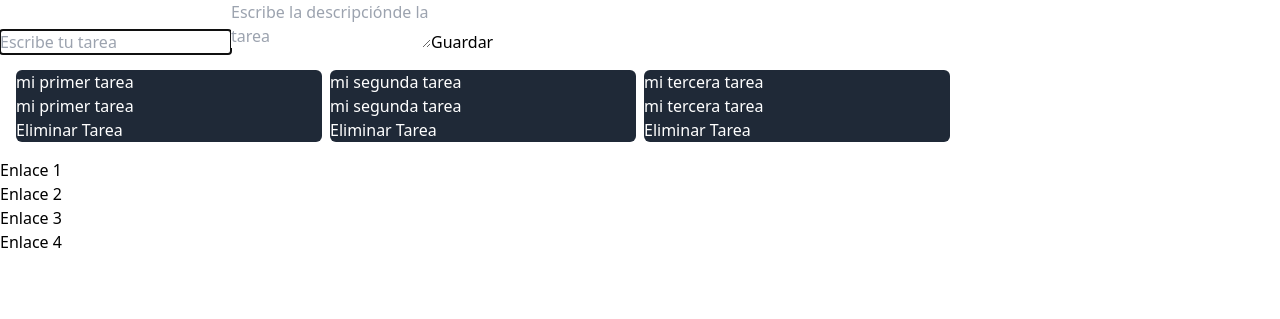
Repository: Ciromontes/AgendaTuTarea
Page: /
The author's editor kept a copy of each file at every save. The page is drawn from the files as they stood at one save, then again after the next save.
The browser window is 1280 px wide. The pictures show the whole page.
The project was rebuilt for these pictures with package versions that can differ from the ones it lists, and the page was loaded fresh each time. Also part of the build but not shown: vite.config.js.

Above is the page before, as saved 2023-09-19 06:53:19.

### index.html
<!doctype html>
<html lang="en">
  <head>
    <meta charset="UTF-8" />
    <link rel="icon" type="image/svg+xml" href="/vite.svg" />
    <meta name="viewport" content="width=device-width, initial-scale=1.0" />
    <title>Vite + React</title>
  </head>
  <body>
    <div id="root"></div>

    <ul>
      <li><a href="">Enlace 1</a></li>
      <li><a href="">Enlace 2</a></li>
      <li><a href="">Enlace 3</a></li>
      <li><a href="">Enlace 4</a></li>
    </ul>
    <script type="module" src="/src/main.jsx"></script>
  </body>
</html>

### src/main.jsx
import React from 'react';
import ReactDOM from 'react-dom/client';
import App from './App';
import './index.css'
import { TaskContextProvider } from './context/TaskContext';

ReactDOM.createRoot(document.getElementById('root')).render(
  <React.StrictMode>
    <TaskContextProvider>
    <App />
    </TaskContextProvider>
  </React.StrictMode>
);

### src/App.jsx

import TaskList from './components/TaskList'
import TaskForm from './components/TaskForm'
function App() {
  return (
    <>
      <TaskForm/>
      <TaskList />
    </>
  )
}

export default App;

### src/context/TaskContext.jsx
import { createContext, useState, useEffect } from 'react'
import { tasks as data } from '../data/tasks'

export const TaskContext = createContext()
export function TaskContextProvider(props) {
    const [tasks, setTasks] = useState([]);

    function createTask(task) {
        setTasks([...tasks, {
            title: task.title,
            id: tasks.length,
            description: task.description
        }])
    }
    function deleteTask(taskId) {
        setTasks(tasks.filter(task => task.id !== taskId));
    }
    useEffect(() => {
        setTasks(data)
    }, []);

    return (
        <TaskContext.Provider value={{
            tasks,
            deleteTask,
            createTask
        }}>
            {props.children}
        </TaskContext.Provider>

    );
}

### src/components/TaskList.jsx
import TaskCard from "./TaskCard";
import { useContext } from "react";
import { TaskContext } from '../context/TaskContext';
function TaskList() {
  const { tasks } = useContext(TaskContext);


  if (tasks.length === 0) {
    return <h1>Noy hay tareas aún</h1>
  }


  return (
    <div className="grid grid-cols-4 gap-2 p-4 rounded-md">
      {tasks.map((task) => (
        <TaskCard key={task.id} task={task} />
      ))}

    </div>
  );
}

export default TaskList

### src/components/TaskForm.jsx
import { useState, useContext } from "react";
import {TaskContext} from '../context/TaskContext'

function TaskForm() {

    const [title, setTitle] = useState("");
    const [description, setDescription] = useState("");
    const {createTask} = useContext(TaskContext)

    const handleSubmit = (e) => {
        e.preventDefault();
        createTask({
            title,
            description
        });
        setTitle('')
        setDescription('')

    }

    return (
        <form onSubmit={handleSubmit}>
            <input
                placeholder="Escribe tu tarea"
                onChange={(e) => setTitle(e.target.value)}
                value = {title}
                autoFocus
            />
            <textarea placeholder="Escribe la descripciónde la tarea"
                onChange={(e) => setDescription(e.target.value)}
                value = {description}

            ></textarea>

            <button>
                Guardar
            </button>
        </form>
    );
}

export default TaskForm;

### src/data/tasks.js
export const tasks = [
    {
        id: 0,
        title: 'mi primer tarea',
        description: "mi primer tarea",

    },
    {
        id: 1,
        title: 'mi segunda tarea',
        description: "mi segunda tarea",

    }, {
        id: 2,
        title: 'mi tercera tarea',
        description: "mi tercera tarea",

    }
];

### src/components/TaskCard.jsx
import { useContext } from 'react';
import {TaskContext} from '../context/TaskContext';
function TaskCard({ task }) {
    const { deleteTask } =  useContext(TaskContext);
    return (

        <div className='bg-gray-800 text-white rounded-md'>
            <h1>{task.title}</h1>
            <p>{task.description}</p>
            <button onClick={() => deleteTask(task.id)}>
                Eliminar Tarea
            </button>
        </div>

    );
}

export default TaskCard;

Loaded but not shown: src/index.css (common file); tailwind.config.js (common file)

After the next save:
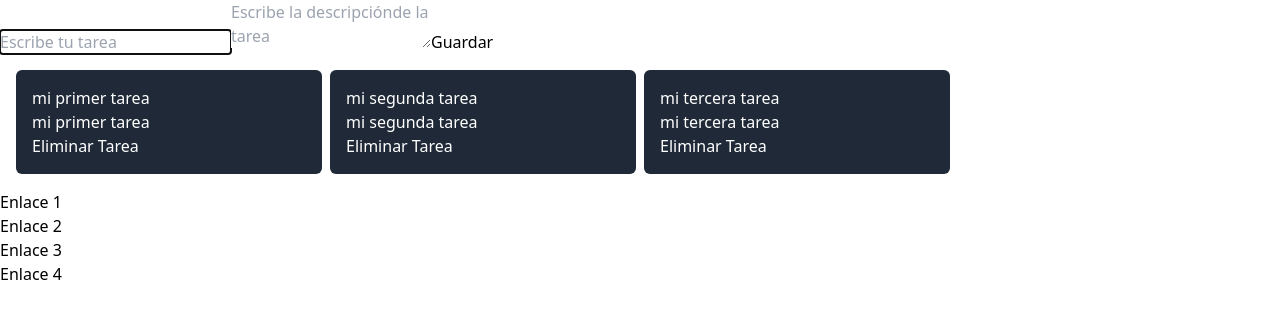
Saved 39 s later.
--- a/src/components/TaskCard.jsx
+++ b/src/components/TaskCard.jsx
@@ -4,7 +4,7 @@ function TaskCard({ task }) {
     const { deleteTask } =  useContext(TaskContext);
     return (
 
-        <div className='bg-gray-800 text-white rounded-md'>
+        <div className='bg-gray-800 text-white p-4 rounded-md'>
             <h1>{task.title}</h1>
             <p>{task.description}</p>
             <button onClick={() => deleteTask(task.id)}>
